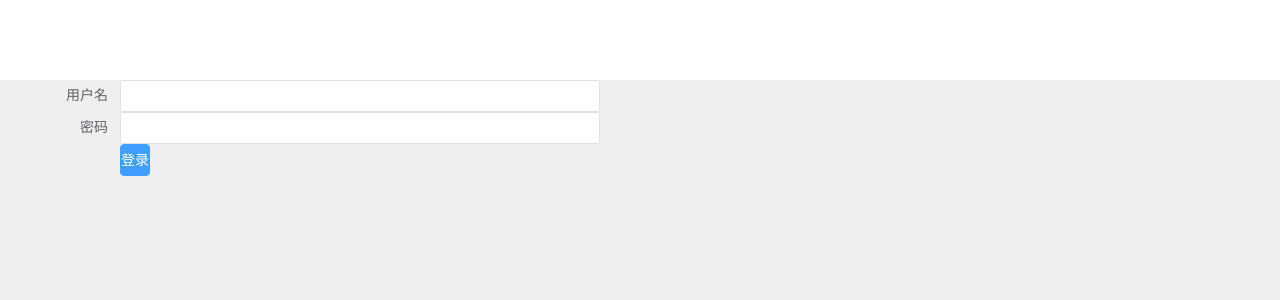
Repository: secret47/test-office-demo
Page: /
These files come from the project's save history. The page is drawn as it stood at one moment and after the next save; the edit follows.
The browser window is 1280 px wide. The pictures show the whole page.
The project was rebuilt for these pictures with package versions that can differ from the ones it lists, and the page was loaded fresh each time. Also part of the build but not shown: vite.config.js.

Above is the page before, as saved 2024-10-28 11:00:03.

After the next save:
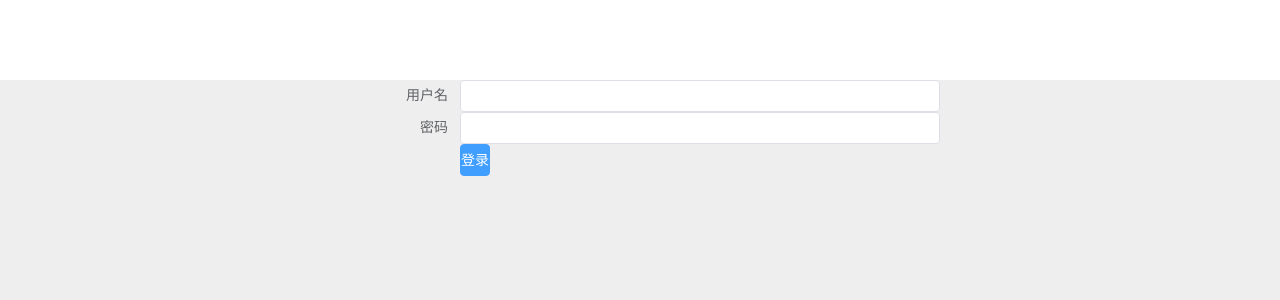
Saved 7 s later.
--- a/src/views/login.vue
+++ b/src/views/login.vue
@@ -36,6 +36,6 @@ const userInfo = reactive({
     .loginBox{
         width:600px;
         height: 400px;
-        magrin:0 auto;
+        margin:0 auto;
     }
 </style>
